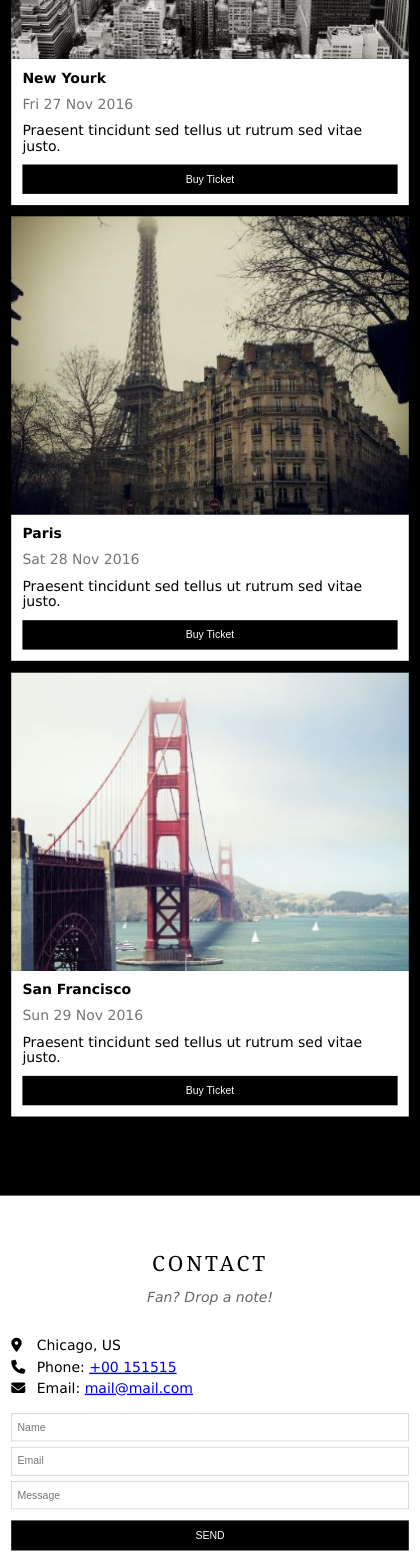
Repository: tam1512/The-Band
Page: index.html
An editor plug-in stored every save of this project. The page is shown before and after the next save, followed by the edit.
The browser window is 600 px wide. The pictures show the part of the page from y = 2910 to 5150 px (the page is 5779 px tall before and 5803 px after), at 70% of full size.
Some web libraries are served in a nearby version.

Above is the page before, as saved 2022-07-28 10:53:57.

After the next save:
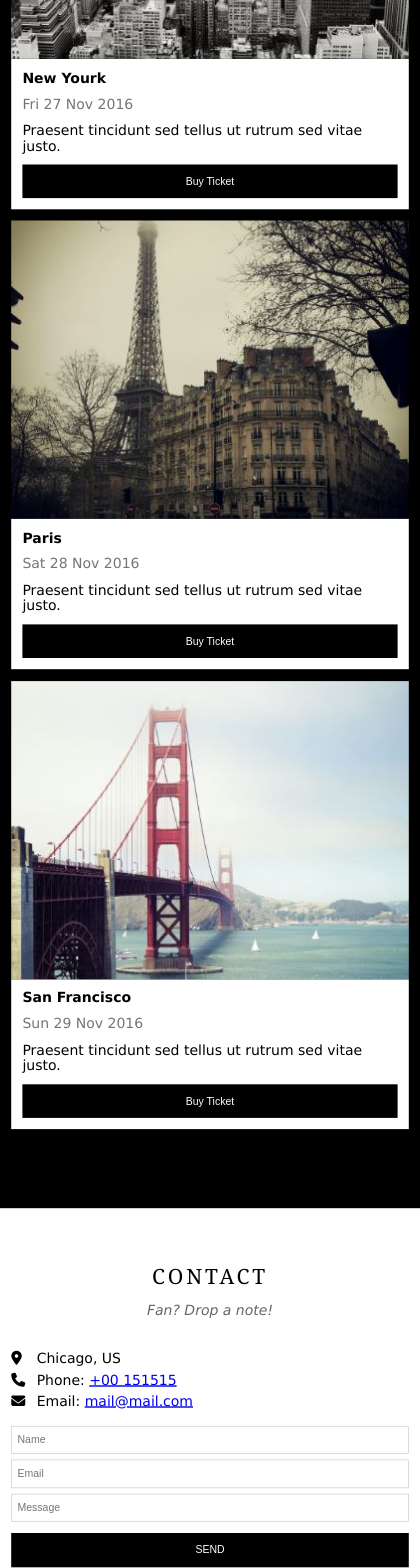
Saved 96 s later.
--- a/assets/css/responsive.css
+++ b/assets/css/responsive.css
@@ -17,7 +17,7 @@
   }
 
   .btn {
-    padding: 10px 20px;
+    padding: 13px 16px;
     width: 100%;
   }
 
